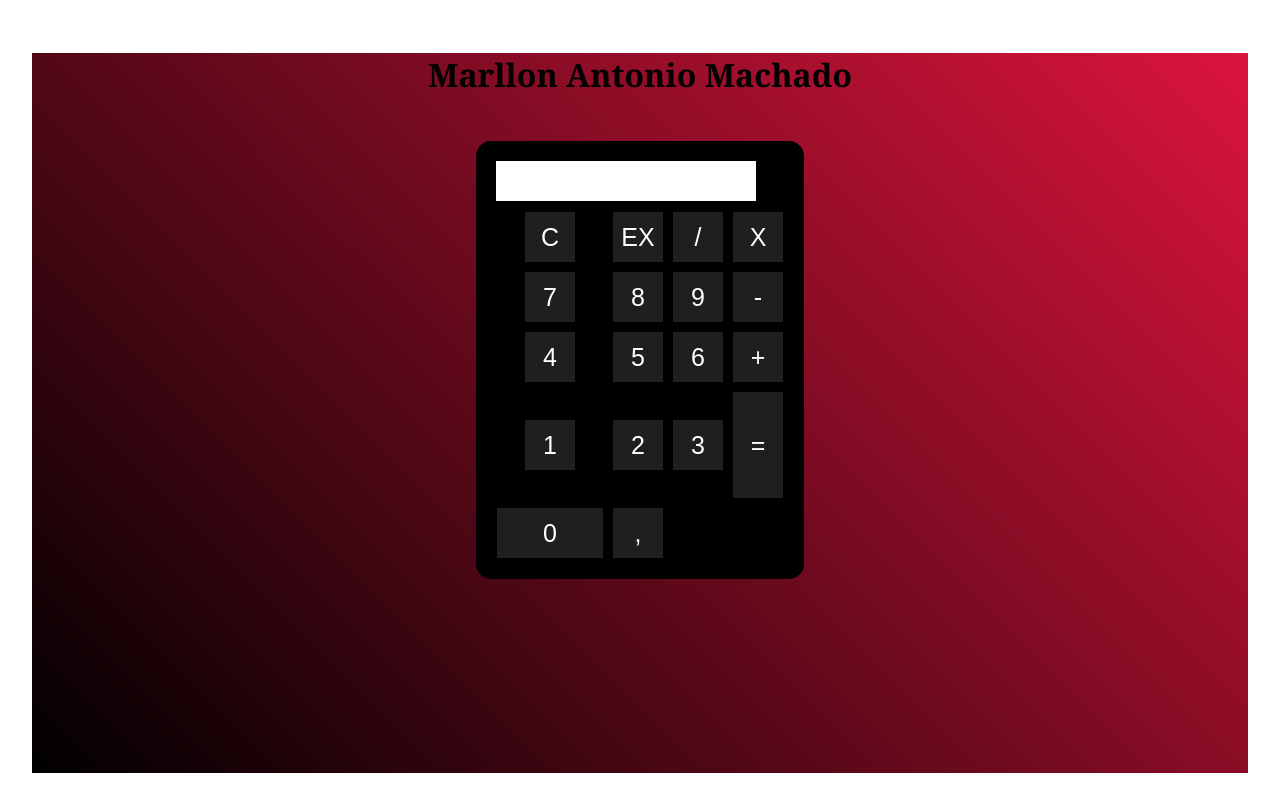
Repository: marllon-hetzler/calculadora.js
Page: interface.html
The author's editor kept a copy of each file at every save. The page is drawn from the files as they stood at one save, then again after the next save.
The browser window is 1280 px wide. The pictures show the whole page.

Above is the page before, as saved 2022-11-04 19:52:20.

After the next save:
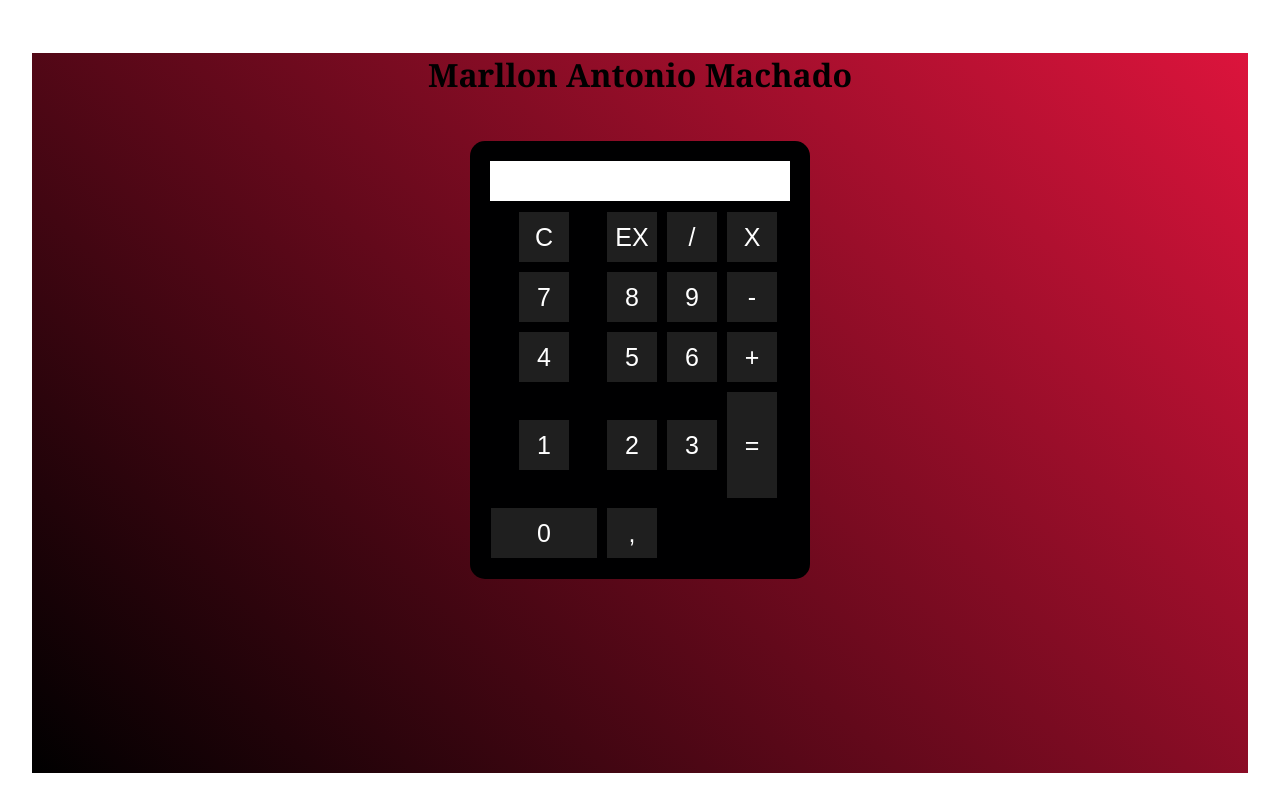
Saved 9 s later.
--- a/interface.html
+++ b/interface.html
@@ -49,7 +49,7 @@
         h1{color: black;}
         #resultado{
             background-color: white;
-            width: 250px;
+            width: 290px;
             height: 30px;
             margin: 5px;
             font-size: 25px;
